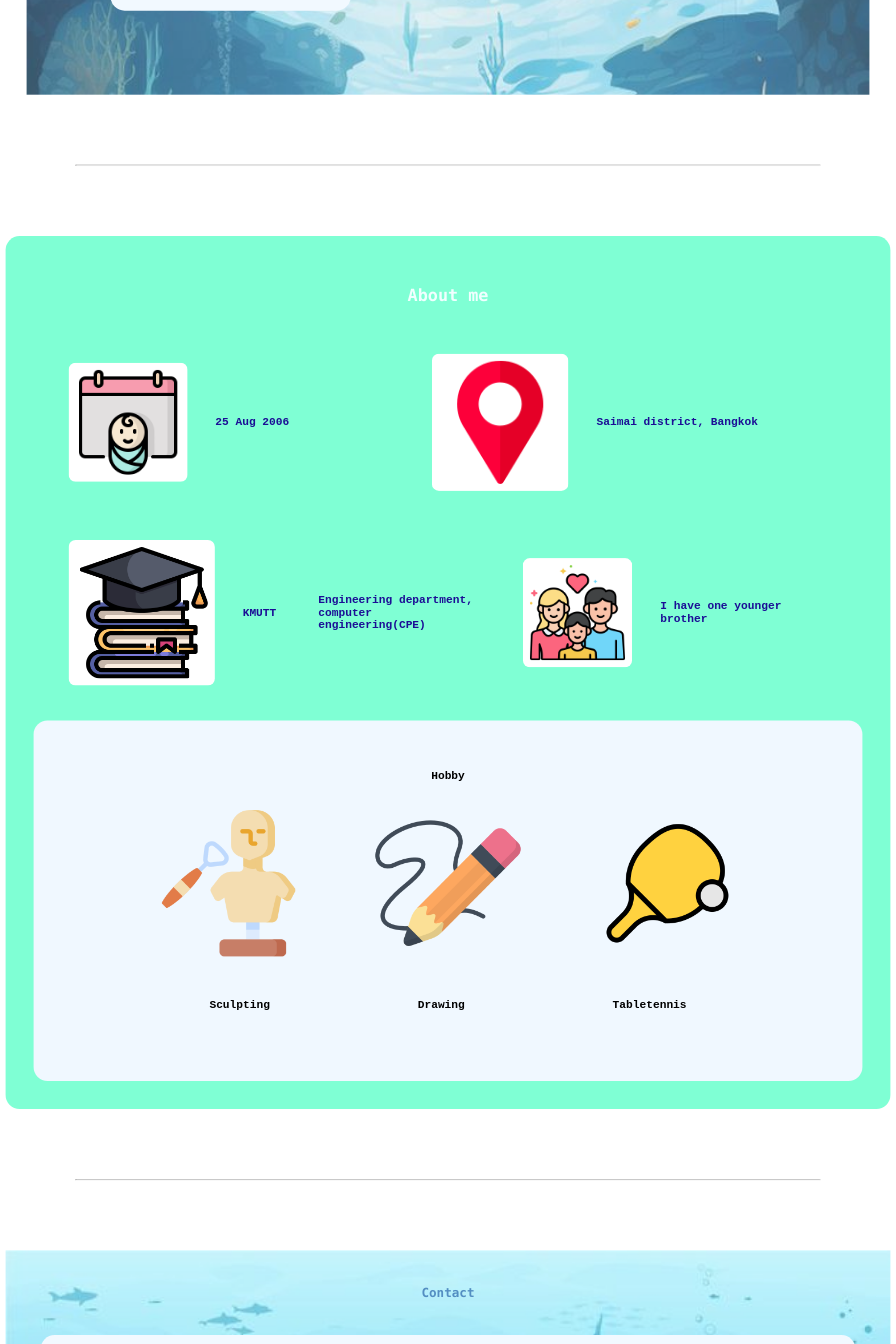
Repository: kittipichcha/Port1
Page: page1.html
The author's editor kept a copy of each file at every save. The page is drawn from the files as they stood at one save, then again after the next save.
The browser window is 1280 px wide. The pictures show the part of the page from y = 726 to 2646 px (the page is 4800 px tall), at 70% of full size.

Above is the page before, as saved 2024-10-16 20:33:40.

### page1.html
<!DOCTYPE html>
<html>
<head>
  <title>Home</title>
  <link rel="stylesheet" href="style.css">
</head>
<body>
  <nav class = "background">
    <ul class = "textButton">
      <li><a href="#section1">About me</a></li>
      <li><a href="#section2">Contact</a></li>
      <li><a href="#section3">Education</a></li>
      <li><a href="#section4">Skill</a></li>
    </ul>
  </nav>

  <div class = "widget background" style = "background-image: url('underSea.jpg'); opacity:80%; align-content:space-between;">
    <div class = "widget1" style="margin: 100px; justify-content: center; background-color:aliceblue; border-radius: 20px; width:40%;">
      <h1 class="textGeneral" style="font-size: larger;"> Portfolio </h1>
      <h1 class="textTopic" style = "margin: 10px"> " </h1>
      <h2 class="textGeneral"> "No one is perfect" </h2>
      <h2 class="textGeneral"> "Now is the best time" </h2>
      <h2 class="textGeneral"> "There's still tomorrow" </h2>
      <h1 class="textTopic"> " </h1>
    </div>
    <div class = "container" style = "width: 70%;">
      <img class = "icon" src = "/icon/baby.png" class = "icon" style = "width: 70%; margin:30px">
      <div class = "overlay" style = "width: 60%;">
        <h1 class = "textImage"> My name is Kittipich Charoenthanachot. </h1>
      </div>
    </div>
  </div>

  <hr class="space">

  <!-- About me -->
  <section id="section1">
    <div class = "backgroundColor" style = "background-color:aquamarine;">
      <h1 class = "textTopic" style="color:azure"> About me </h1>
      <div class = "widget">
        <!-- born -->
        <div style = "justify-content: flex-start;">
          <img class = "icon2" src="icon\baby.png" alt="Logo">
          <h3 class = "textGeneral" style = "color: rgb(27, 14, 149);"> 25 Aug 2006 </h3>
        </div>
        <!-- live -->
        <div style = "justify-content: flex-start;">
          <img class = "icon2" src="icon\placeholder.png" alt="Place">
          <h3 class = "textGeneral" style = "color: rgb(27, 14, 149);"> Saimai district, Bangkok </h3>
        </div>
        <br class = "space1">
      </div>
      <div class = "widget">
        <!-- study -->
        <div style = "justify-content: flex-start;">
          <img class = "icon2" src="icon\graduation.png" alt="Logo">
          <h3 class = "textGeneral" style = "color: rgb(27, 14, 149);"> KMUTT </h3>
          <h4 class = "textGeneral" style = "color: rgb(27, 14, 149);"> Engineering department, computer engineering(CPE)</h4>
        </div>

        <!-- family -->
        <div style = "justify-content: flex-start;">
          <img class = "icon2" src="icon\family.png" alt="Logo">
          <h3 class = "textGeneral" style = "color: rgb(27, 14, 149);"> I have one younger brother </h3>
        </div>
      </div>
      <!-- hobby -->
      <div class = "backgroundColor" style = "background-color: aliceblue;">
        <h1 class = "textGeneral" style = "justify-content: center;"> Hobby </h1>
        <div class = "widget">
          <img class = "image" style = "width:20%;" src="icon\sculpt.png" alt="Logo">
          <img class = "image" style = "width:20%;" src="icon\pencil.png" alt="Logo">
          <img class = "image" style = "width:20%;" src="icon\game.png" alt="Logo">
        </div>
        <div class = "widget">
          <h2 class = "textGeneral"> Sculpting </h2>
          <h2 class = "textGeneral"> Drawing </h2>
          <h2 class = "textGeneral"> Tabletennis </h2>
        </div>
      </div>
    </div>
  </section>

  <hr class="space">
  <!-- Contact -->
  <section id="section2"  class = "background" style = "background-image: url('underSea1.jpg');">
    <h1 class = "textTopic" style="font-size: large; color:rgb(41, 114, 179)"> Contact </h1>
    <div class = "widget backgroundColor" style="align-items: flex-start; background-color:aliceblue;">
      <div style = "justify-content: flex-start;">
        <img class = "image" src="icon\instagram.png" alt="Logo">
        <div class = "widget1">
          <h2 class = "textGeneral"> Instagram </h2>
          <a href="https://www.instagram.com/">
            <p class = "textGeneral"> kittipich00 </p>
          </a>
      </div>
      </div>

      <div style = "justify-content: flex-start;">
        <img class = "image" src="icon\facebook.png" alt="Logo">
        <div class = "widget1">
          <h2 class = "textGeneral"> Facebook </h2>
          <a href="https://www.facebook.com/">
            <p class = "textGeneral"> Kittipich Charoenthanachot</p>
          </a>
        </div>
      </div>

      <div style = "justify-content: flex-start;">
        <img class = "image" src="icon\line.png" alt="Logo">
        <div class = "widget1">
          <h2 class = "textGeneral"> Line </h2>
          <a href="https://www.line.com/">
            <p class = "textGeneral"> wwwkittipichcom </p>
          </a>
        </div>
      </div>
    </div>
    <div class = "space1"> </div>
    <div class = "widget" style="align-items: flex-start;">
      <div class = "icon2" style = "justify-content: flex-start;">
        <img class = "image" src="https://cdn-icons-png.flaticon.com/128/483/483947.png" alt="Logo">
        <div>
          <h2 class = "textGeneral" style = "color:  rgb(55, 118, 174);"> Call </h2>
          <p> 0918942805 </p>
        </div>
      </div>

      <div class = "icon2" style = "justify-content: flex-start";>
        <img class = "image" src="https://cdn-icons-png.flaticon.com/128/5968/5968756.png" alt="Logo">
        <div>
          <h2 class = "textGeneral" style = "color:  rgb(55, 118, 174);"> Discord </h2>
          <p> monkey6424 </p>
        </div>
      </div>
    </div>
  </section>

  <hr class="space">
  <!-- Education -->
  <section id="section3">
    <h1 class = "textGeneral" style = "font-size: large;  justify-content:center;"> Education </h1>
    <div>
      <div class = "widget" style = "justify-content:space-around;">
        <img class = "image" style = "width:17%" src="icon\logo.png" alt="Logo">
        <br class="space">
        <div class = "widget1" style = "justify-content: center;">
          <h2 class = "textGeneral"> PCSHCS </h2>
          <h2 class = "textGeneral"> Lower secondary school </h2>
        </div>
      </div>

      <div class = "widget" style = "justify-content: space-around;">
        <img class = "image" src="icon\R.jpg" alt="Logo">
        <br class="space">
        <div class = "widget1" style = "justify-content: center;">
          <h2 class = "textGeneral"> SciUS TU SKR </h2>
          <h2 class = "textGeneral"> Higher secondary school </h2>
        </div>
      </div>

      <div class = "widget" style = "justify-content: space-around;">
        <img class = "image" src="icon\kmutt.jpg" alt="Logo">
        <br class="space">
        <div class = "widget1">
          <h2 class = "textGeneral"> KMUTT </h2>
          <h2 class = "textGeneral"> Bachelor’s degree </h2>
        </div>
      </div>
    </div>
  </section>

  <hr class="space">
  <!-- Skill -->
  <section id = "section4">
    <h2 class = "textGeneral" style = "justify-content: center; font-size:large"> Skill </h2>
    <div class = "widget">
      <div class = "widget1">
          <a href="page2.html">
            <div class = "container">
              <h2 class = "overlay textGeneral" style = "background-color:rgba(240, 248, 255, 0);"> Sculpting  </h2>
              <img class = "icon" style = "width:50%;"src="icon\sculpt.png">
            </div>
          </a>
      </div>

      <div class = "widget1">
        <a href="page3.html">
          <div class = "container">
            <h2 class = "overlay textGeneral" style = "background-color:rgba(240, 248, 255, 0);"> Painting  </h2>
            <img class = "icon" style = "width:50%;"src="icon\paint.png">
          </div>
        </a>
      </div>

      <div class = "widget1">
        <a href="page4.html">
          <div class = "container">
            <h2 class = "overlay textGeneral" style = "background-color:rgba(240, 248, 255, 0);"> Board game</h2>
            <img class = "icon" style = "width:50%;"src="icon\dice.png">
          </div>
        </a>
      </div>

  </section>
</body>
</html>

### style.css
nav {
    background-color: #318b9b;
    padding: 10px;
    display: flex;
    justify-content: flex-end;
    opacity: 80%;
    border-radius: 10px;
}

nav ul li {
    display: inline-block;
}

nav ul li a:hover {
    background-color: #257ab7;
    border-radius: 5px;
    text-decoration: underline;
}

.textButton li a {
    color: #ffffff;
    text-decoration: none;
    font-family: 'Lucida Console', monospace;
    padding: 10px;
}

.textGeneral {
    color: #000000;
    font-size: medium;
    font-family: 'Courier New', monospace;
    margin: 20px;
    padding: 10px;
    display: flex;
    justify-content: left;
}

.textTopic {
    color: #000000;
    text-decoration: none;
    font-family: 'Lucida Console', monospace;
    margin: 30px;
    margin-bottom: 50px;
    display: flex;
    justify-content: center;
}

.widget {
    display: flex;
    justify-content: space-evenly;
    margin: 30px;
}

.widget div {
    display: flex;
    justify-content: space-between;
    align-items: center;
    margin: 10px;
}

.overlay {
    padding: 20px;
    margin: 50px;
    border-radius: 10px;
    position: absolute;
    top: 0;
    bottom: 0;
    left: 0;
    right: 0;
    height: 80%;
    width: 80%;
    opacity: 0;
    transition: .5s ease;
    background-color: #358eac9e;
}

.container {
    position: relative;
}

.container:hover .overlay{
    opacity: 1.6;
}

.container:hover {
    opacity: 0.5;
}

.textImage {
    color: white;
    font-family: 'Courier New', Courier, monospace;
    position: absolute;
    top: 50%;
    left: 50%;
    transform: translate(-50%, -50%);
    -ms-transform: translate(-50%, -50%);
}

.widget div img {
    display: flex;
    justify-content: space-between;
    align-items: center;
    margin: 10px;
}

.widget1 {
    display: flex;
    flex-direction: column;
    justify-content: space-around;
    align-content: space-around;
    margin: 10px;
}



.space {
    display: flex;
    margin: 100px;
}

.space1 {
    display: flex;
    margin: 40px;
}

.icon {
    display: block;
    border: 2px solid #ddd;
    border-radius: 4px;
    width: 30%;
    align-items: center;
    justify-content: center;
}

.icon2 {
    padding: 10px;
    display: block;
    background-color: #ffffff;
    border-radius: 10px;
    width: 30%;
    align-items: center;
    justify-content: center;
}

.image {
    display: block;
    width: 20%;
    align-items: center;
    justify-content: center;
}

.icon2Text {
    display: block;
    border: 2px solid #ddd;
    border-radius: 4px;
    width: 30%;
    align-items: center;
    justify-content: center;
}

.background {
    background-image: url("beach.jpg");
    background-size: cover;
    padding: 20px;
    opacity: 80%;
}

.backgroundColor {
    background-color:#348ecea0;
    border-radius: 20px;
    padding: 40px;
}

.galleryContainer {
    justify-content: center;
}

.galleryContainer img {
    border: 5px solid #ddd;
    border-radius: 10px;
    height: auto;
    width: 20%;
    margin: 10px;
}

.scrollImage {
    background-color: #e0dddd;
    overflow: auto;
    display: flex;
    justify-content: flex-start;
    white-space: nowrap;
}

.scrollImage div img {
    border: 2px solid #ffffff;
    border-radius: 5px;
    height: auto;
    width: 20%;
    margin: 20px;
}

.topicAndPara {
    display: flex;
    flex-direction: column;
    justify-content: flex-start;
}

.topicAndPara:nth-child(n) {
    color: #000000;
    font-size: medium;
    font-family: 'Courier New', monospace;
    margin: 10px;
    padding: 10px;
    display: flex;
    justify-content: left;
}

.button {
    display: flex;
    border: none;
    border-radius: 10px;
    background-image: url("beach.jpg");
    padding: 50px;
    text-align: center;
    text-decoration: none;
    display: inline-block;
    font-family: 'Courier New', monospace;
    color:#ffffff;
    font-size: large;
    text-shadow: 1px 2px black;
    margin: 5px;
    transition-duration: 0.4s;
    cursor: pointer;
}

After the next save:
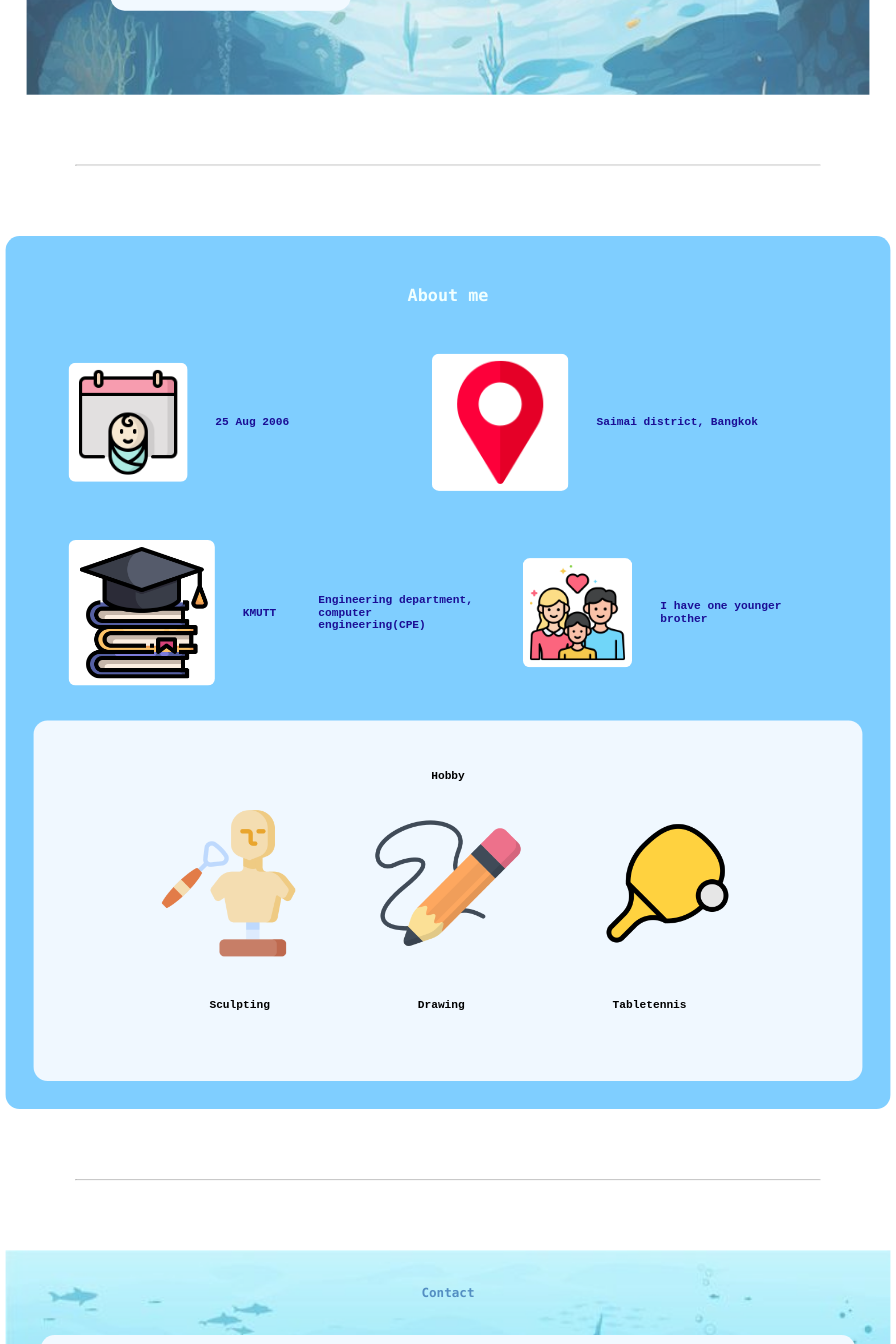
Saved 9 s later.
--- a/page1.html
+++ b/page1.html
@@ -35,7 +35,7 @@
 
   <!-- About me -->
   <section id="section1">
-    <div class = "backgroundColor" style = "background-color:aquamarine;">
+    <div class = "backgroundColor" style = "background-color:rgb(127, 206, 255);">
       <h1 class = "textTopic" style="color:azure"> About me </h1>
       <div class = "widget">
         <!-- born -->
